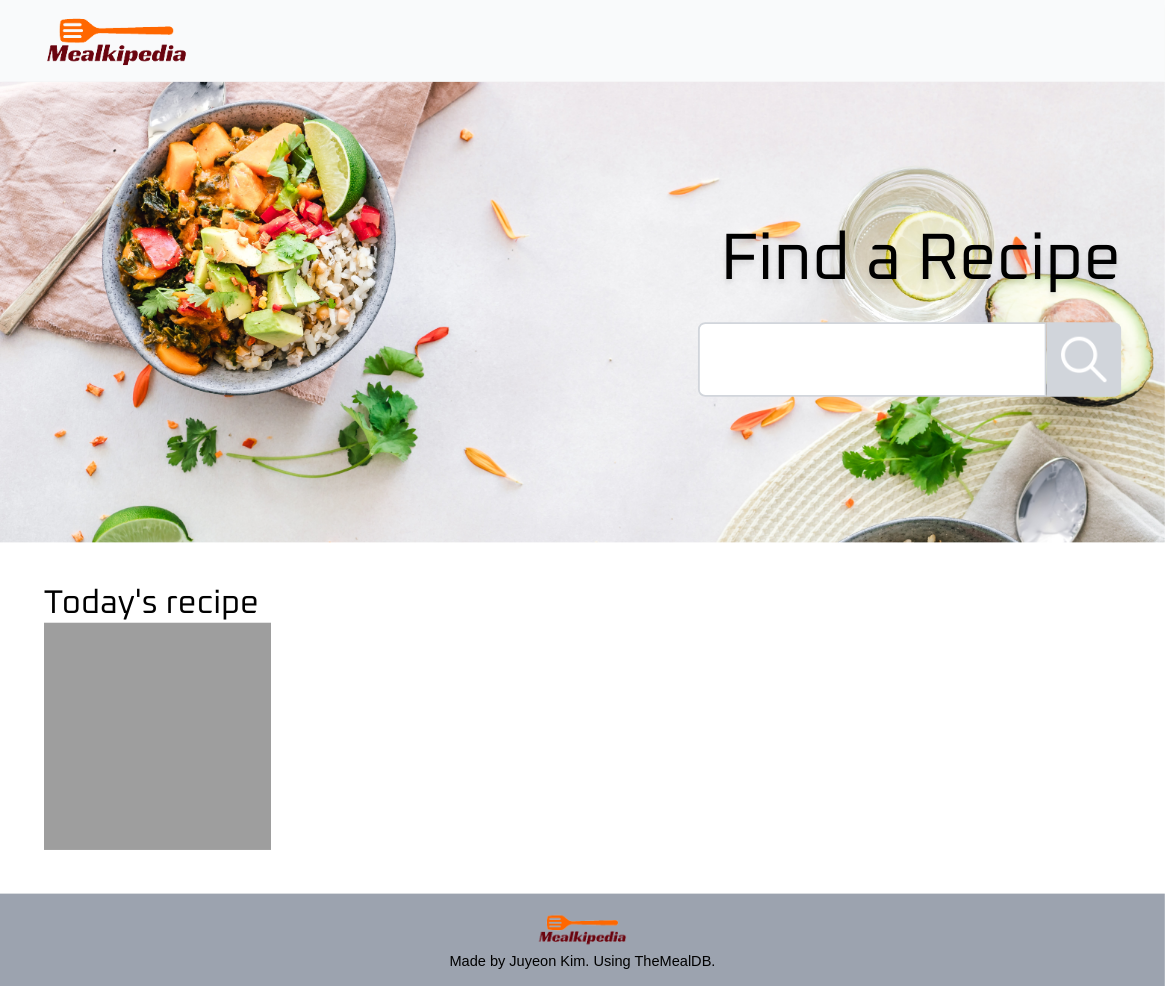
Repository: Jay-JYKim91/grj_mealkipedia
Page: /
An editor plug-in stored every save of this project. The page is shown before and after the next save, followed by the edit.
The browser window is 1280 px wide. The pictures show the whole page, at 91% of full size.
Pictures or frames that could not be fetched are drawn as grey boxes. Some web fonts or font styles are not loaded; a fallback is used. The project was rebuilt for these pictures with package versions that can differ from the ones it lists, and the page was loaded fresh each time. Also part of the build but not shown: src/component/recipe.tsx. Imported but missing from the stored project, and not drawn on this page: src/component/search.

Above is the page before, as saved 2022-06-21 16:11:07.

### public/index.html
<!DOCTYPE html>
<html lang="en">
  <head>
    <meta charset="utf-8" />
    <link rel="icon" href="%PUBLIC_URL%/favicon.ico" />
    <link rel="preconnect" href="https://fonts.googleapis.com">
    <link rel="preconnect" href="https://fonts.gstatic.com" crossorigin>
    <link href="https://fonts.googleapis.com/css2?family=Biryani:wght@300;400&family=Oxanium:wght@300;400;500&family=Racing+Sans+One&display=swap" rel="stylesheet">
    <meta name="viewport" content="width=device-width, initial-scale=1" />
    <meta name="theme-color" content="#000000" />
    <meta
      name="description"
      content="Web site created using create-react-app"
    />
    <title>Mealkipedia</title>
  </head>
  <body>
    <div id="root"></div>
  </body>
</html>

### src/index.tsx
import React from 'react';
import ReactDOM from 'react-dom/client';
import './index.css';
import App from './app';
import { BrowserRouter } from 'react-router-dom';

const root = ReactDOM.createRoot(
  document.getElementById('root') as HTMLElement
);

root.render(
  <React.StrictMode>
    <BrowserRouter>
      <App />
    </BrowserRouter>
  </React.StrictMode>
);

### src/App.tsx
import React from 'react';
import { Route, Routes } from 'react-router-dom';
import Footer from './component/footer';
import Header from './component/header';
import Home from './component/home';
import Recipe from './component/recipe';
import Search from './component/search';

const App: React.FC = () => {

  return (
    <>
      <Header />
      <main>
        <Routes>
          <Route path='/' element={
            <Home />
          } />
          <Route path='search' element={
            <Search />
          } />
          <Route path='recipe' element={
            <Recipe />
          } />
        </Routes>
      </main>
      <Footer />
    </>
  );
}

export default App;

### src/component/footer.tsx
import React from 'react';

const Footer = () => {
    console.log(React);

    return (
        <footer className="flex flex-col items-center justify-center px-12 py-4 bg-gray-400">
            <img src="/logo.png" alt="logo" width="100" />
            <p className="font-body2_font">Made by Juyeon Kim. Using TheMealDB.</p>
        </footer>
    )
};

export default Footer;

### src/component/header.tsx
import React from 'react';

const Header = () => {
    console.log(React);

    return (
        <header className="px-12 py-2 shadow-md bg-gray-50">
            <img src='/logo.png' alt="logo" width="160" />
        </header>
    )
}

export default Header;

### src/component/home.tsx
import React from 'react';

const Home: React.FC = () => {

    return (
        <>
            <div className="px-12 py-40 bg-cover bg-[url('images/main_background.jpg')] text-right">
                <h1
                    className="font-body1_font text-7xl mb-8 drop-shadow-lg">
                        Find a Recipe
                </h1>
                <div className="flex justify-end">
                    <input type="search"
                        className="p-4 text-3xl font-body1_font rounded-l-lg border-2 border-gray-300"
                    />
                    <button className="p-4 bg-gray-300 rounded-r-lg">
                        <img src="./search.png" alt="search" />
                    </button>
                </div>
            </div>
            <div className="px-12 py-12">
                <h1 className="font-body1_font text-4xl">Today's recipe</h1>
                <div>
                    <img src="https://picsum.photos/250/250" alt="today's recipe"/>
                </div>
            </div>
        </>
    )
};

export default Home;

### tailwind.config.js
/** @type {import('tailwindcss').Config} */
module.exports = {
  content: [
    "./src/**/*.{js,jsx,ts,tsx}",
  ],
  darkMode: false, // or 'media' or 'class'
  theme: {
    extend: {
      fontFamily: {
        'heading_font': ['Racing Sans One', 'cursive'],
        'body1_font': ['Oxanium', 'cursive'],
        'body2_font': ['Biryani', 'sans-serif']
      }
    },
  },
  plugins: [],
}

Loaded but not shown: src/index.css (common file)

After the next save:
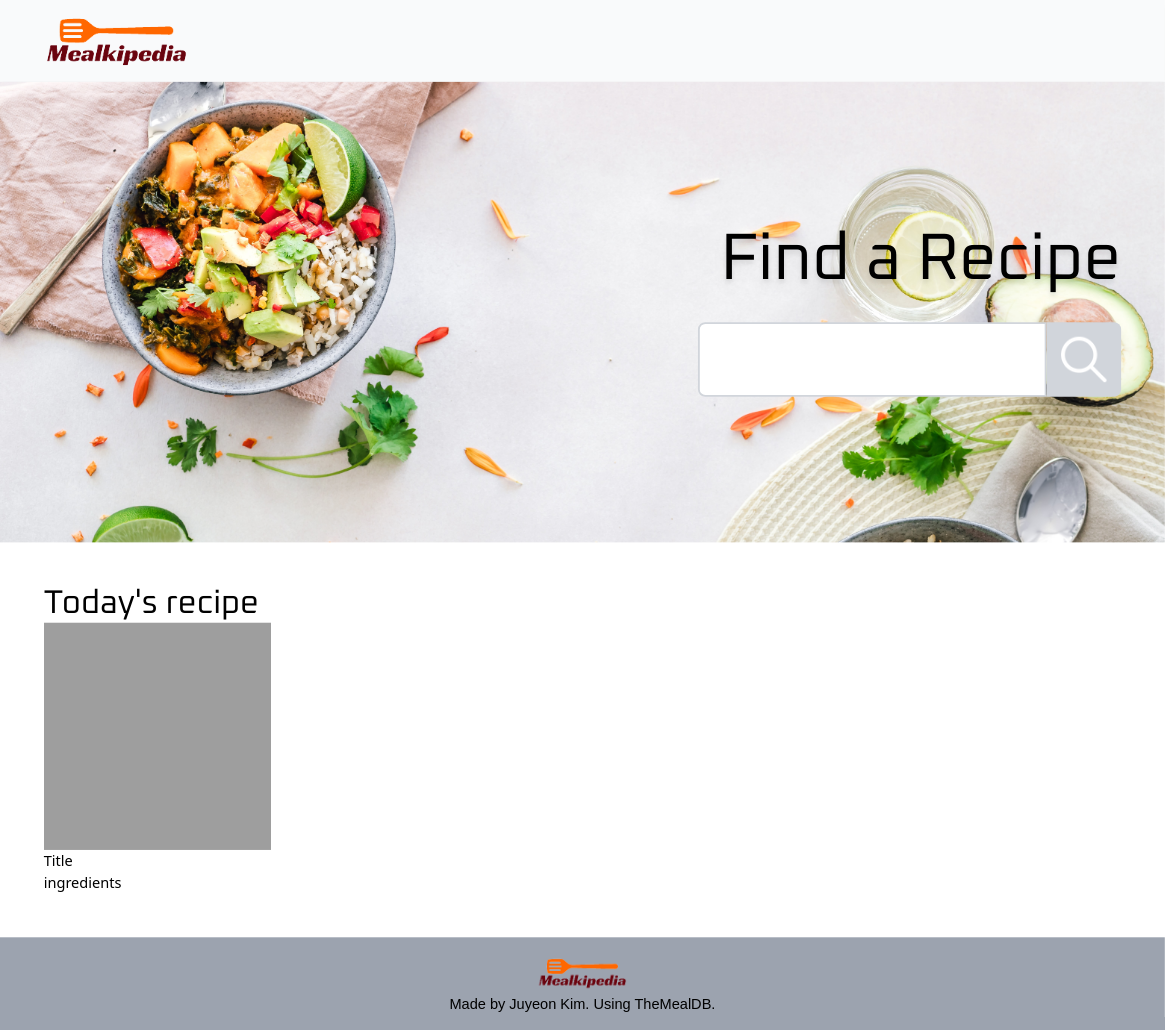
Saved 76 s later.
--- a/src/component/home.tsx
+++ b/src/component/home.tsx
@@ -22,6 +22,8 @@
                 <h1 className="font-body1_font text-4xl">Today's recipe</h1>
                 <div>
                     <img src="https://picsum.photos/250/250" alt="today's recipe"/>
+                    <h2>Title</h2>
+                    <p>ingredients</p>
                 </div>
             </div>
         </>

After the save that followed:
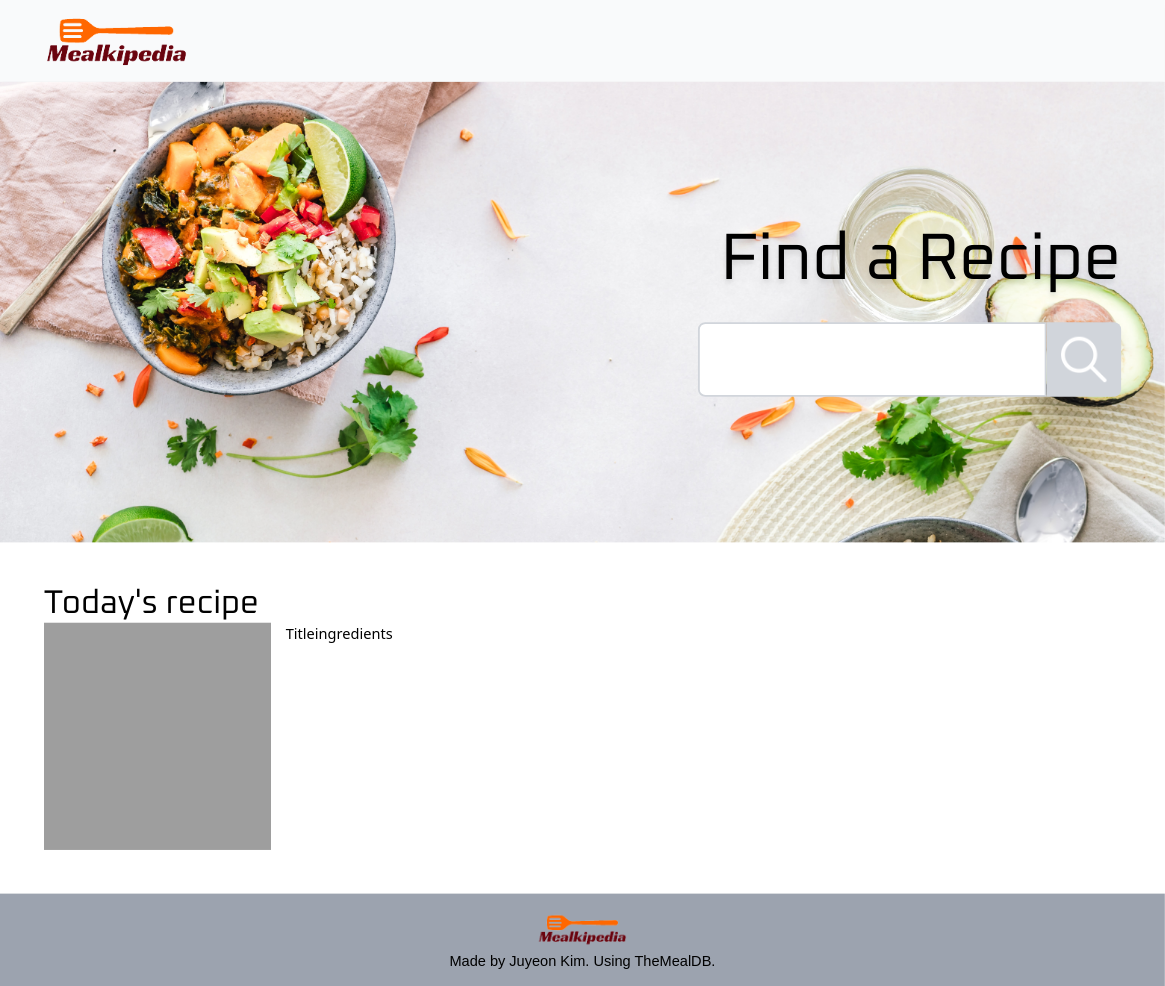
Saved 51 s later.
--- a/src/component/home.tsx
+++ b/src/component/home.tsx
@@ -20,8 +20,9 @@
             </div>
             <div className="px-12 py-12">
                 <h1 className="font-body1_font text-4xl">Today's recipe</h1>
-                <div>
-                    <img src="https://picsum.photos/250/250" alt="today's recipe"/>
+                <div className="flex">
+                    <img src="https://picsum.photos/250/250" alt="today's recipe"
+                        className="pr-4" />
                     <h2>Title</h2>
                     <p>ingredients</p>
                 </div>
